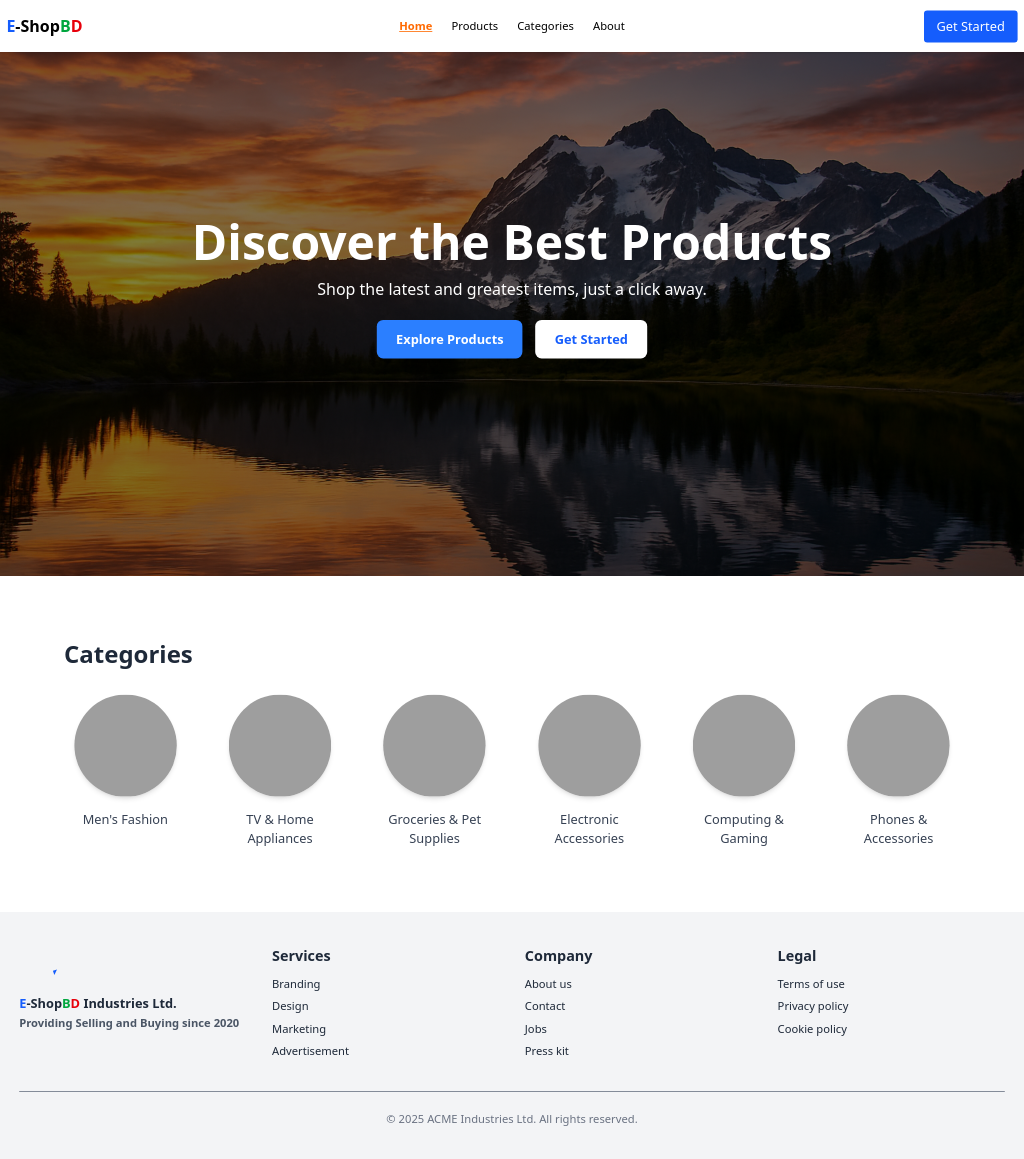
Repository: syedbayzid82849/E-shopBD
Page: /
The author's editor kept a copy of each file at every save. The page is drawn from the files as they stood at one save, then again after a run of saves.
The browser window is 1280 px wide. The pictures show the whole page, at 80% of full size.
Pictures or frames that could not be fetched are drawn as grey boxes. The project was rebuilt for these pictures with package versions that can differ from the ones it lists, and the page was loaded fresh each time. The framework's server and built-in components were replaced by stand-ins that run in the browser. Also part of the build but not shown: next.config.mjs, src/app/page.module.css, src/app/layouts/page.js.

Above is the page before, as saved 2025-08-22 11:28:43.

After the next 3 saves:
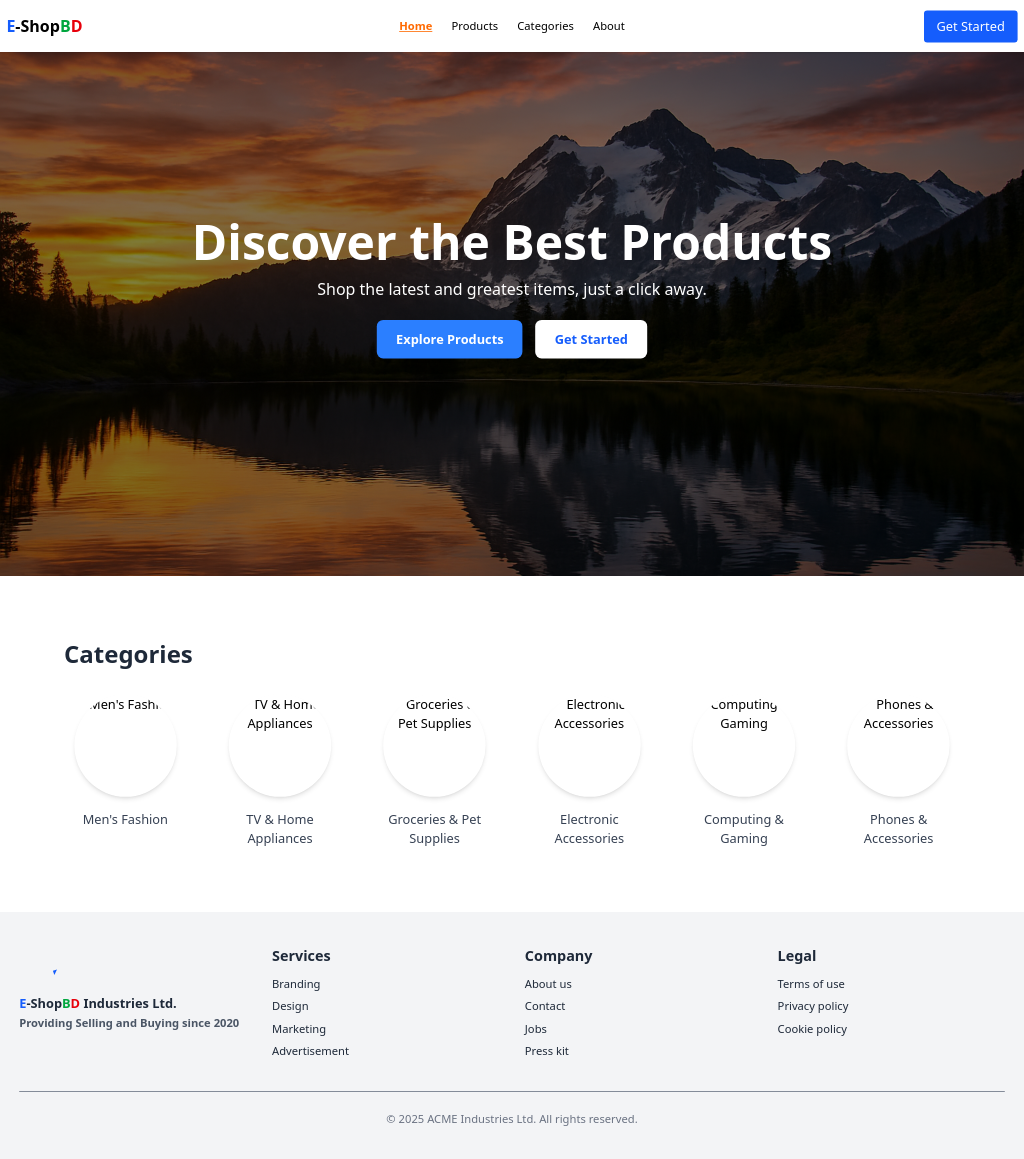
The 3 saves are shown as one change because they came seconds apart.
The last was saved 6 s later.
--- a/src/app/categories/page.jsx
+++ b/src/app/categories/page.jsx
@@ -43,7 +43,7 @@ export default function Categories() {
             {/* ক্যাটাগরি আইকন ইমেজ */}
             <div className="w-24 h-24 sm:w-28 sm:h-28 md:w-32 md:h-32 rounded-full overflow-hidden mb-2 shadow-md hover:shadow-lg transition-shadow duration-300">
               <img
-                src={category.image}
+                src='/'
                 // src={category.image}
                 alt={category.name}
                 className="w-full h-full object-cover group-hover:scale-105 transition-transform duration-300"
